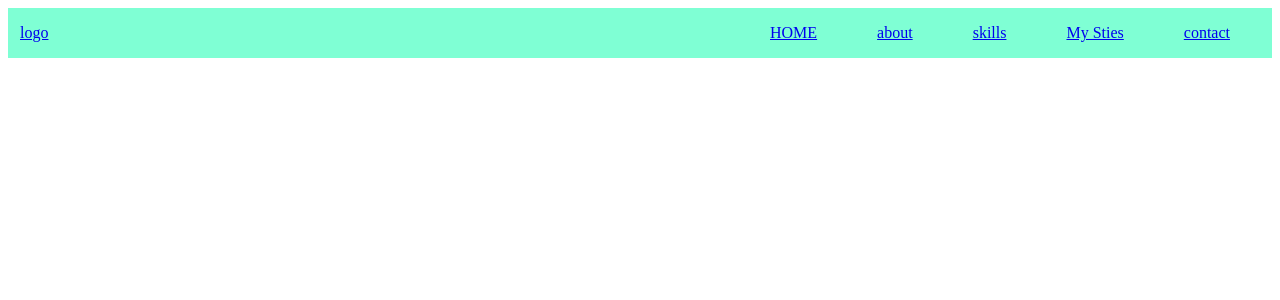
Repository: jun01270/jun
Page: index.html
An editor plug-in stored every save of this project. The page is shown before and after the next save, followed by the edit.
The browser window is 1280 px wide. The pictures show the whole page.

Above is the page before, as saved 2023-05-08 16:35:45.

### index.html
<!DOCTYPE html>
<html lang="en">
<head>
    <meta charset="UTF-8">
    <meta http-equiv="X-UA-Compatible" content="IE=edge">
    <meta name="viewport" content="width=device-width, initial-scale=1.0">
    <link rel="stylesheet" href="main.css">
    <title>Document</title>
</head>
<body>
    <nav class="navbar">
            <div class="logo"><a href="#home">logo</a></div>
            <ul class="menu-bar">
                <li><a href="#home" class="menu-btn" id="homeID">HOME</a></li>
                <li><a href="#about" class="menu-btn" id="homeID">about</a></li>
                <li><a href="#skills" class="menu-btn">skills</a></li>
                <li><a href="#my-sites" class="menu-btn">My Sties</a></li>
                <li><a href="#contact" class="menu-btn">contact</a></li>
            </ul>
    </nav>
</body>
</html>

### main.css
html{
    scroll-behavior: smooth;
}

.navbar{
    display: flex;
    justify-content: space-between;
    align-items: center;
    background-color: aquamarine;
    padding: 8px 12px;
}

.menu-bar{
    list-style:none;
    display: flex;
    margin: 0;
    padding-left:0;
}

.menu-bar li{
    padding:8px 30px;
}

.menu-bar li:hover{
    background-color: orange;
    border-radius: 3px;
}

@media screen and (max-width: 700px){
    .navbar{
        flex-direction: column;
        align-items: flex-start;
        margin: 0;
    }

    .menu-bar{
        flex-direction: column;
        align-items: center;
        width: 100%;
    }

    .menu-bar li{
        width: 100%;
        text-align: center;
    }
}

After the next save:
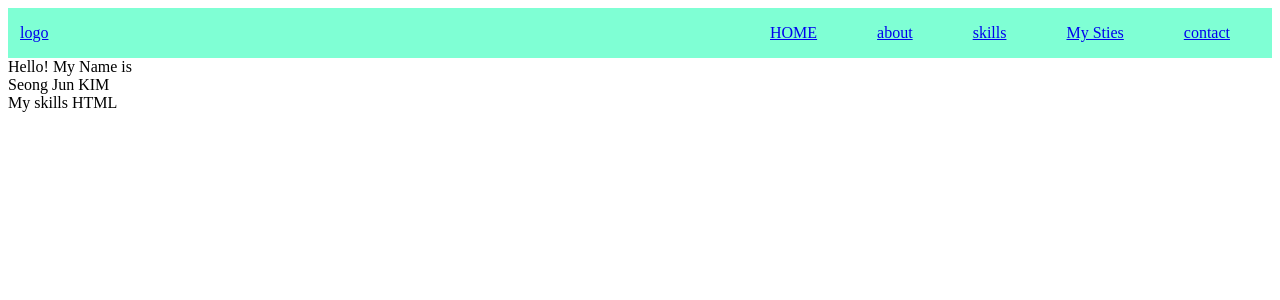
Saved 18 h 36 min later.
--- a/index.html
+++ b/index.html
@@ -18,5 +18,12 @@
                 <li><a href="#contact" class="menu-btn">contact</a></li>
             </ul>
     </nav>
+    <section class="home" id="home">
+        <div class="home-section">
+            <div class="text-1">Hello! My Name is</div>
+            <div class="text-1">Seong Jun KIM</div>
+            <div class="text-1">My skills <span class="typing1">HTML</span></div>
+        </div>
+    </section>
 </body>
 </html>
